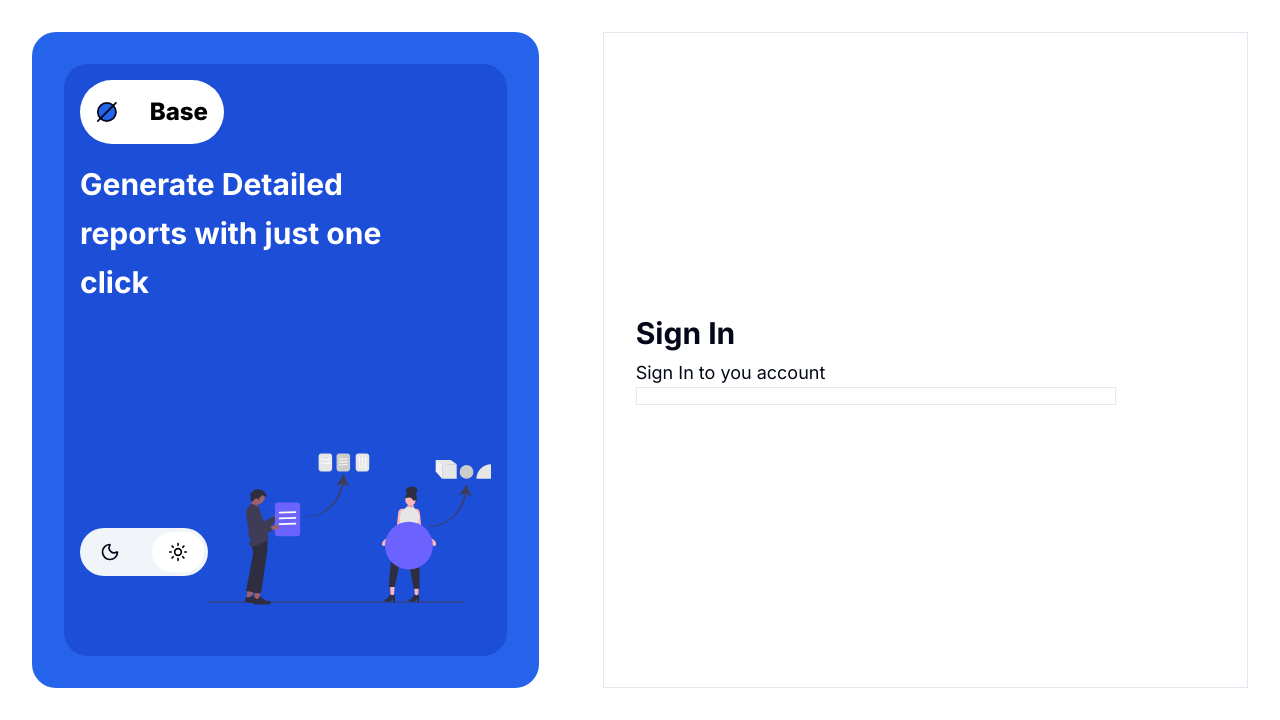
Repository: Hardyy00/openinapp_assignment
Page: /
An editor plug-in stored every save of this project. The page is shown before and after a run of saves, followed by the edit.
The browser window is 1280 px wide. The pictures show the whole page.
The project was rebuilt for these pictures with package versions that can differ from the ones it lists, and the page was loaded fresh each time. The framework's server and built-in components were replaced by stand-ins that run in the browser. Also part of the build but not shown: next.config.mjs.

Above is the page before, as saved 2024-08-23 16:21:21.

### app/layout.tsx
import type { Metadata } from "next";
import { Inter } from "next/font/google";
import "./globals.css";
import { ThemeProvider } from "@/components/theme-provider";

const inter = Inter({ subsets: ["latin"] });

export const metadata: Metadata = {
  title: "Create Next App",
  description: "Generated by create next app",
};

export default function RootLayout({
  children,
}: Readonly<{
  children: React.ReactNode;
}>) {
  return (
    <html lang="en">
      <body className={inter.className}>
        <ThemeProvider
          attribute="class"
          defaultTheme="system"
          storageKey="base"
        >
          {children}
        </ThemeProvider>
      </body>
    </html>
  );
}

### app/(auth)/layout.tsx
import { ThemeToggle } from "@/components/theme-toggle";
import { CircleSlash2 } from "lucide-react";
import Image from "next/image";
import { Intro } from "./_components/intro";
import { Navbar } from "./_components/navbar";

export default function Layout({ children }: { children: React.ReactNode }) {
  return (
    <div className="h-full w-full">
      <Navbar />
      <div className="w-full h-full flex flex-col lg:flex-row">
        <Intro />

        <div className="flex-[0.7]">{children}</div>
      </div>
    </div>
  );
}

### app/(auth)/page.tsx
export default function Page() {
  return (
    <div className="h-full p-8">
      <div className="p-8 border h-full flex items-center">
        <div className="flex flex-col gap-x-4 w-[30rem]">
          <div className="space-y-2">
            <h1 className="text-foreground font-bold text-3xl">Sign In</h1>
            <p className="text-lg">Sign In to you account</p>
          </div>

          <div className="flex border p-2"></div>
        </div>
      </div>
    </div>
  );
}

### app/globals.css
@tailwind base;
@tailwind components;
@tailwind utilities;

html,
body,
:root {
  height: 100%;
}

::-webkit-scrollbar {
  display: none;
}

@layer base {
  :root {
    --background: 0 0% 100%;
    --foreground: 222.2 84% 4.9%;
    --card: 0 0% 100%;
    --card-foreground: 222.2 84% 4.9%;
    --popover: 0 0% 100%;
    --popover-foreground: 222.2 84% 4.9%;
    --primary: 222.2 47.4% 11.2%;
    --primary-foreground: 210 40% 98%;
    --secondary: 210 40% 96.1%;
    --secondary-foreground: 222.2 47.4% 11.2%;
    --muted: 210 40% 96.1%;
    --muted-foreground: 215.4 16.3% 46.9%;
    --accent: 210 40% 96.1%;
    --accent-foreground: 222.2 47.4% 11.2%;
    --destructive: 0 84.2% 60.2%;
    --destructive-foreground: 210 40% 98%;
    --border: 214.3 31.8% 91.4%;
    --input: 214.3 31.8% 91.4%;
    --ring: 222.2 84% 4.9%;
    --radius: 0.5rem;
    --chart-1: 12 76% 61%;
    --chart-2: 173 58% 39%;
    --chart-3: 197 37% 24%;
    --chart-4: 43 74% 66%;
    --chart-5: 27 87% 67%;
  }

  .dark {
    --background: 222.2 84% 4.9%;
    --foreground: 210 40% 98%;
    --card: 222.2 84% 4.9%;
    --card-foreground: 210 40% 98%;
    --popover: 222.2 84% 4.9%;
    --popover-foreground: 210 40% 98%;
    --primary: 210 40% 98%;
    --primary-foreground: 222.2 47.4% 11.2%;
    --secondary: 217.2 32.6% 17.5%;
    --secondary-foreground: 210 40% 98%;
    --muted: 217.2 32.6% 17.5%;
    --muted-foreground: 215 20.2% 65.1%;
    --accent: 217.2 32.6% 17.5%;
    --accent-foreground: 210 40% 98%;
    --destructive: 0 62.8% 30.6%;
    --destructive-foreground: 210 40% 98%;
    --border: 217.2 32.6% 17.5%;
    --input: 217.2 32.6% 17.5%;
    --ring: 212.7 26.8% 83.9%;
    --chart-1: 220 70% 50%;
    --chart-2: 160 60% 45%;
    --chart-3: 30 80% 55%;
    --chart-4: 280 65% 60%;
    --chart-5: 340 75% 55%;
  }
}

@layer base {
  * {
    @apply border-border;
  }
  body {
    @apply bg-background text-foreground;
  }
}

### app/(auth)/_components/intro.tsx
import { ThemeToggle } from "@/components/theme-toggle";
import { CircleSlash2 } from "lucide-react";
import Image from "next/image";

export const Intro: React.FC = () => {
  return (
    <div className="flex-[0.5] p-8 hidden lg:block">
      <div className="p-8 bg-blue-600 h-full rounded-3xl">
        <div className="p-4 bg-blue-700 h-full rounded-3xl flex flex-col gap-y-4 justify-between">
          <div className="p-4 flex items-center bg-white rounded-full w-[9rem] space-x-8">
            <CircleSlash2 className="stroke-white-600 fill-blue-600 h-7 w-7" />
            <h1 className="text-black font-extrabold text-2xl ">Base</h1>
          </div>

          <div className="w-[80%]">
            <p className="text-3xl font-bold text-wrap leading-relaxed text-white">
              Generate Detailed reports with just one click
            </p>
          </div>

          <div className=" flex h-[24rem]">
            <div className="flex-[0.3] self-end pb-16">
              <ThemeToggle className="w-[8rem]" />
            </div>
            <div className="flex-1 h-[70%] self-end  relative">
              {/* <div className="h-[70%]"> */}
              {/* <div className=" relative h-[70%] "> */}
              <Image src={"/auth.svg"} fill alt="svg" />
              {/* </div> */}
              {/* </div> */}
            </div>
          </div>
        </div>
      </div>
    </div>
  );
};

### app/(auth)/_components/navbar.tsx
import { CircleSlash2 } from "lucide-react";

export const Navbar: React.FC = () => {
  return (
    <div className="lg:hidden sticky top-0 bg-blue-600 text-black p-4">
      <div className="flex">
        <CircleSlash2 className="fill-white stroke-blue-600 h-8 w-8" />
      </div>
    </div>
  );
};

### components/theme-toggle.tsx
"use client";

import { Moon, Sun } from "lucide-react";
import { useTheme } from "next-themes";
import { Button } from "./ui/button";
import { cn } from "@/lib/utils";
import { useState } from "react";

interface ToggleThemeProps {
  className?: string;
}

export const ThemeToggle: React.FC<ToggleThemeProps> = ({ className = "" }) => {
  const { setTheme } = useTheme();
  const [on, setOn] = useState<String>("sun");

  const handleClick = (type: string) => {
    if (type === "sun") {
      setOn("sun");
      setTheme("light");
    } else {
      setOn("moon");
      setTheme("dark");
    }
  };

  return (
    <div className={cn("w-[10rem] p-1 rounded-full bg-secondary", className)}>
      <div className="flex w-full items-center justify-between">
        <Button
          variant={"ghost"}
          className={cn(
            "p-4 rounded-[4rem] transition-all",
            on === "moon" && "bg-black text-white"
          )}
          onClick={() => handleClick("moon")}
        >
          <Moon className="h-5 w-5" />
        </Button>

        <Button
          variant={"ghost"}
          className={cn(
            "p-4 rounded-[4rem] hover:bg-white hover:text-black transition-all",
            on === "sun" && "bg-white text-black"
          )}
          onClick={() => handleClick("sun")}
        >
          <Sun className="h-5 w-5" />
        </Button>
      </div>
    </div>
  );
};

### components/ui/button.tsx
import * as React from "react";
import { Slot } from "@radix-ui/react-slot";
import { cva, type VariantProps } from "class-variance-authority";

import { cn } from "@/lib/utils";

const buttonVariants = cva(
  "inline-flex items-center justify-center whitespace-nowrap rounded-md text-sm font-medium ring-offset-background transition-colors focus-visible:outline-none focus-visible:ring-2 focus-visible:ring-ring focus-visible:ring-offset-2 disabled:pointer-events-none disabled:opacity-50",
  {
    variants: {
      variant: {
        primary: "bg-blue-600 text-primary-foreground",
        default: "bg-primary text-primary-foreground hover:bg-primary/90",
        destructive:
          "bg-destructive text-destructive-foreground hover:bg-destructive/90",
        outline:
          "border border-input bg-background hover:bg-accent hover:text-accent-foreground",
        secondary:
          "bg-secondary text-secondary-foreground hover:bg-secondary/80",
        ghost: "hover:bg-accent hover:text-accent-foreground",
        link: "text-primary underline-offset-4 hover:underline",
      },
      size: {
        default: "h-10 px-4 py-2",
        sm: "h-9 rounded-md px-3",
        lg: "h-11 rounded-md px-8",
        icon: "h-10 w-10",
      },
    },
    defaultVariants: {
      variant: "default",
      size: "default",
    },
  }
);

export interface ButtonProps
  extends React.ButtonHTMLAttributes<HTMLButtonElement>,
    VariantProps<typeof buttonVariants> {
  asChild?: boolean;
}

const Button = React.forwardRef<HTMLButtonElement, ButtonProps>(
  ({ className, variant, size, asChild = false, ...props }, ref) => {
    const Comp = asChild ? Slot : "button";
    return (
      <Comp
        className={cn(buttonVariants({ variant, size, className }))}
        ref={ref}
        {...props}
      />
    );
  }
);
Button.displayName = "Button";

export { Button, buttonVariants };

Loaded but not shown: components/theme-provider.tsx (common file); lib/utils.ts (common file); tailwind.config.ts (common file)

After the next 2 saves:
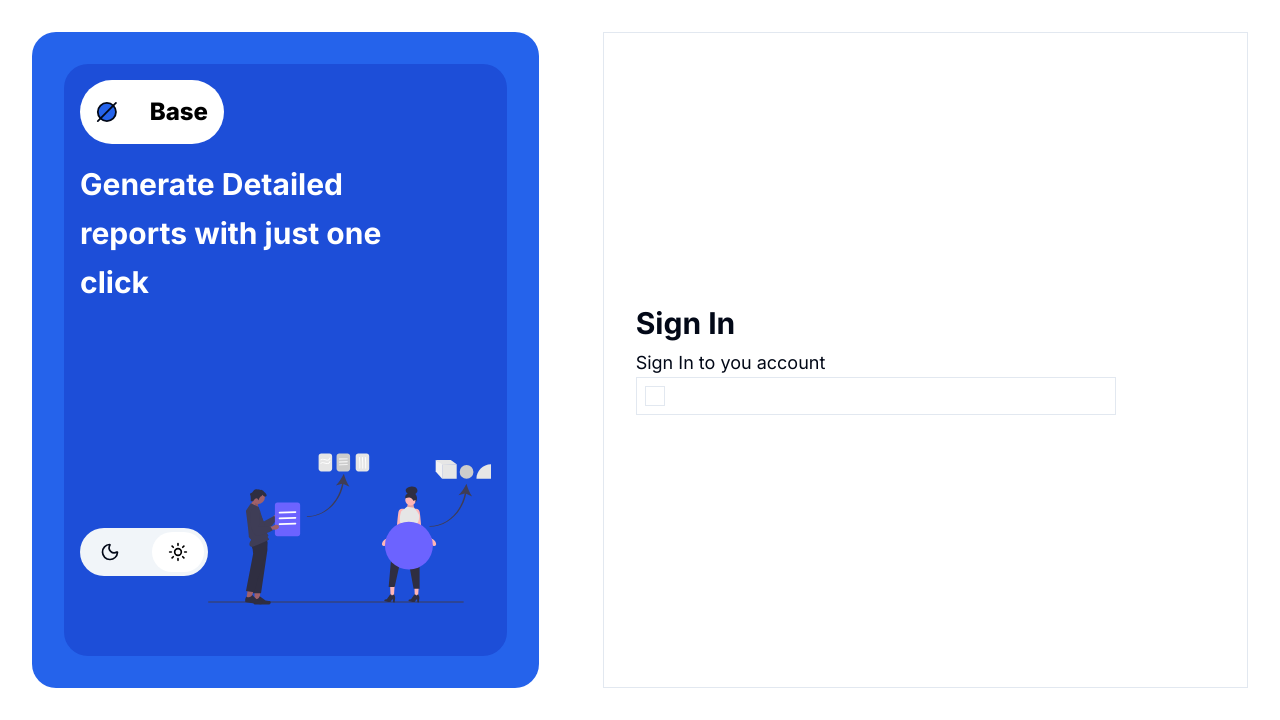
The 2 saves are shown as one change because they came seconds apart.
The last was saved 52 s later.
--- a/app/(auth)/page.tsx
+++ b/app/(auth)/page.tsx
@@ -8,7 +8,12 @@ export default function Page() {
             <p className="text-lg">Sign In to you account</p>
           </div>
 
-          <div className="flex border p-2"></div>
+          <div className="flex border p-2">
+            <div className="">
+              <div className="w-5 h-5 border"></div>
+            </div>
+            <div className=""></div>
+          </div>
         </div>
       </div>
     </div>
